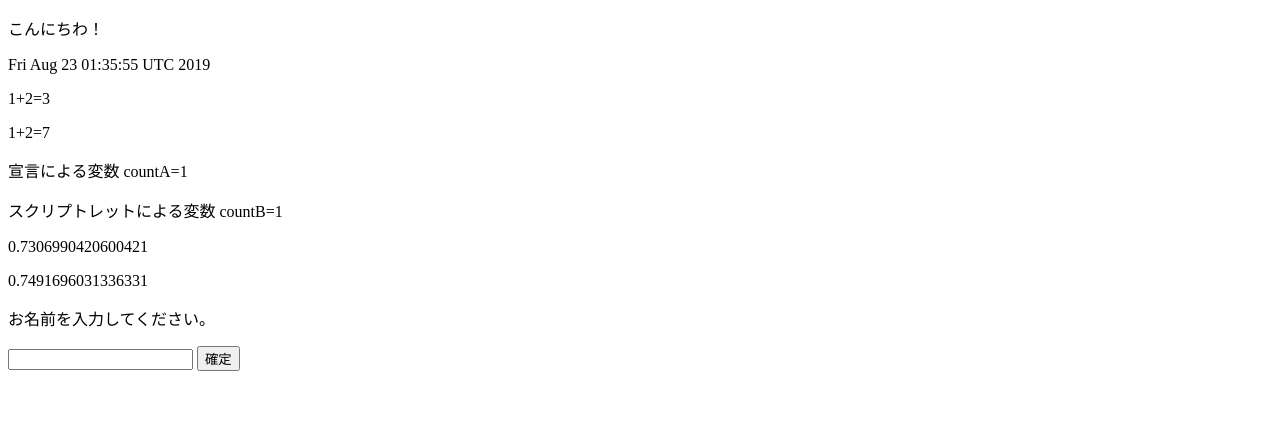
Repository: i-k-26/test
Page: http://localhost/HelloJSP/
The author's editor kept a copy of each file at every save. The page is drawn from the files as they stood at one save, then again after the next save.
The browser window is 1280 px wide. The pictures show the whole page.
The page is served by Tomcat 9.

Above is the page before, as saved 2019-08-23 02:35:02.

### HelloJSP/WebContent/index.jsp

<%@ page language ="java" contentType="text/html; charset=UTF-8" pageEncoding="UTF-8" %>
<!DOCTYPE html>
<html>
<head>
<meta charset="UTF-8">
<title>TEST</title>
</head>

<body>
	<p>こんにちわ！</p>

	<% out.println(new java.util.Date()); %>

	<%!
	int add(int a, int b){
		return a+b;
	}
	%>

	<p>1+2=<%=add(1,2) %></p>
	<p>1+2=<%=add(3,4) %></p>

	<%! int countA=0; %>
	<%
	int countB=0;
	countA++;
	countB++;
	%>

	<p>宣言による変数 countA=<%=countA %></p>
	<p>スクリプトレットによる変数 countB=<%=countB %></p>

	<p><% out.println(Math.random()); %></p>
	<p><%=Math.random() %></p>

	<p>お名前を入力してください。</p>
	<form method="post" action="greeting-out.jsp">
	<input type=text" name="user">
	<input type="submit" value="確定">
	</form>


</body>
</html>

After the next save:
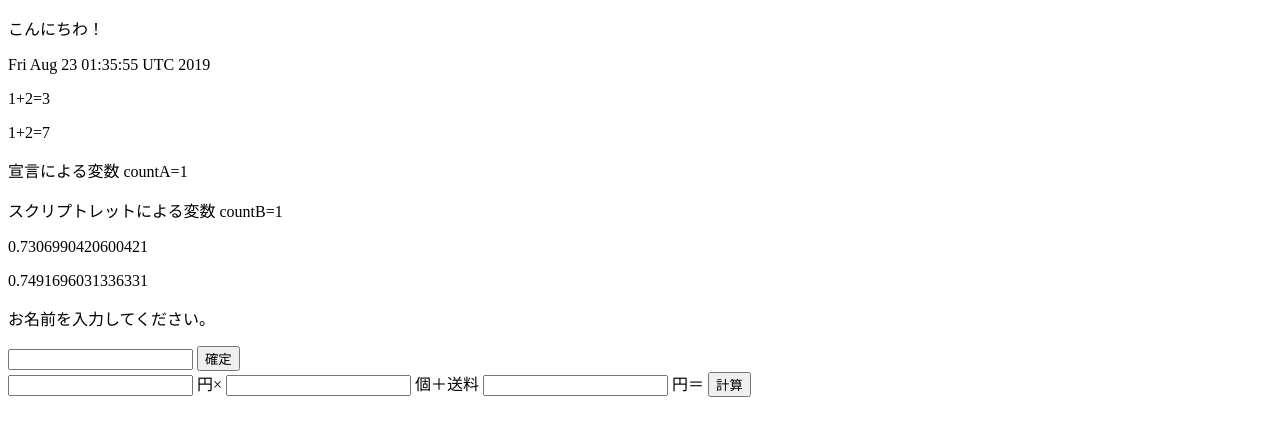
Saved 4 min 13 s later.
--- a/HelloJSP/WebContent/index.jsp
+++ b/HelloJSP/WebContent/index.jsp
@@ -36,8 +36,19 @@
 
 	<p>お名前を入力してください。</p>
 	<form method="post" action="greeting-out.jsp">
-	<input type=text" name="user">
+	<input type="text" name="user">
 	<input type="submit" value="確定">
+	</form>
+
+
+	<form method="post" action="total-out.jsp">
+	<input type="text" name="price">
+	円×
+	<input type="text" name="count">
+	個＋送料
+	<input type="text" name="delivery">
+	円＝
+	<input type="submit" value="計算">
 	</form>
 
 
